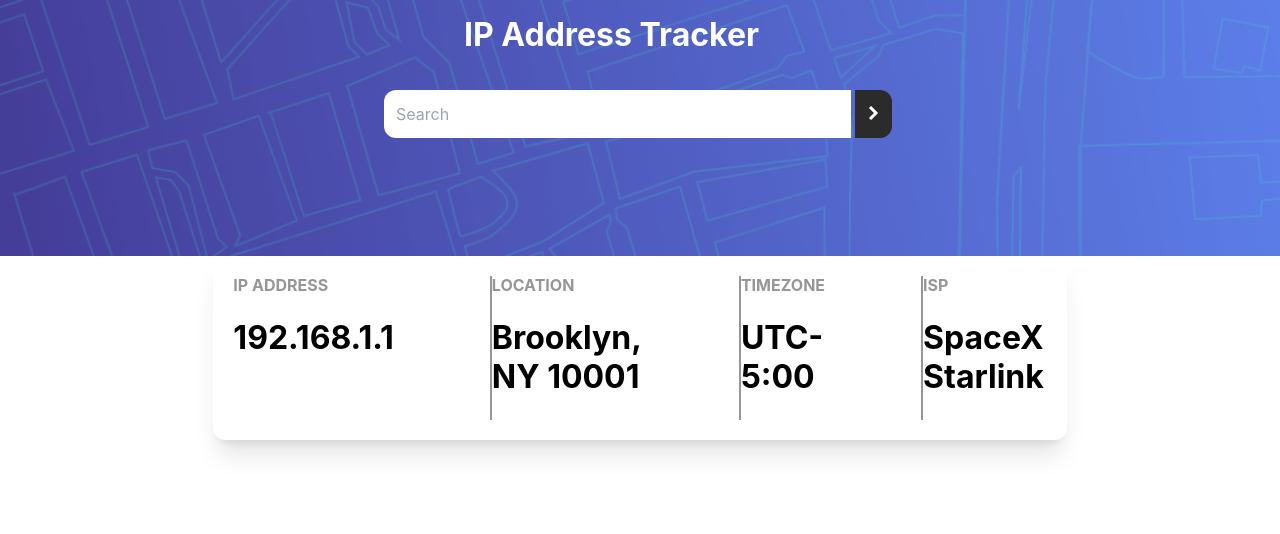
Repository: Dealsy/IP-Tracker
Page: /
An editor plug-in stored every save of this project. The page is shown before and after a run of saves, followed by the edit.
The browser window is 1280 px wide. The pictures show the whole page.
The project was rebuilt for these pictures with package versions that can differ from the ones it lists, and the page was loaded fresh each time. The framework's server and built-in components were replaced by stand-ins that run in the browser. Also part of the build but not shown: next.config.js.

Above is the page before, as saved 2022-04-21 22:33:15.

### pages/index.js
import Head from "next/head";
import Arrow from "../images/icon-arrow.svg";
import Image from "next/image";

export default function Home() {
  return (
    <div>
      <Head>
        <title>Create Next App</title>
        <meta name="description" content="Generated by create next app" />
        <link rel="icon" href="/favicon.ico" />
      </Head>

      <main>
        <div className="bg-Backdrop h-64 bg-no-repeat	 bg-cover">
          <h2 className="text-white w-96 m-auto p-4">IP Address Tracker</h2>
          <div className="w-120 m-auto">
            <div className="flex flex-row items-baseline">
              <input
                className="p-3 w-300 mt-5 rounded-l-xl"
                type="search"
                placeholder="Search"
              />
              <button className="bg-Dark-Gray p-3  rounded-r-xl hover:bg-hoverGray m-1 w-14">
                {" "}
                <Image src={Arrow} alt="Arrow" />{" "}
              </button>
            </div>
          </div>
        </div>

        <div className="flex flex-row justify-evenly border-0 shadow-xl w-4/6 m-auto rounded-xl p-5">
          <div className=" border-r-2 border-Gray pr-24">
            <h3>IP ADDRESS</h3>
            <h2> 192.168.1.1 </h2>
          </div>
          <div className=" border-r-2 border-Gray pr-24">
            <h3> LOCATION </h3>
            <h2> Brooklyn, NY 10001 </h2>
          </div>
          <div className=" border-r-2 border-Gray pr-24">
            <h3>TIMEZONE</h3>
            <h2> UTC-5:00 </h2>
          </div>
          <div>
            <h3>ISP</h3>
            <h2>SpaceX Starlink</h2>
          </div>
        </div>
      </main>

      <footer></footer>
    </div>
  );
}

### styles/globals.css
@tailwind base;
@tailwind components;
@tailwind utilities;


h1 {
  font-size: 2.5rem;
  font-weight: 700;
  line-height: 1.2;
  margin-bottom: 1.5rem;
}

h2 {
  font-size: 2rem;
  font-weight: 700;
  line-height: 1.2;
  margin-bottom: 1.5rem;
}

h3 {
  font-size: 1rem;
  font-weight: 700;
  line-height: 1.2;
  margin-bottom: 1.5rem;
  color: #969696;
}


html,
body {
  padding: 0;
  margin: 0;
  font-family: -apple-system, BlinkMacSystemFont, Segoe UI, Roboto, Oxygen,
    Ubuntu, Cantarell, Fira Sans, Droid Sans, Helvetica Neue, sans-serif;
}

a {
  color: inherit;
  text-decoration: none;
}

* {
  box-sizing: border-box;
}

### tailwind.config.js
module.exports = {
  content: [
    "./pages/**/*.{js,ts,jsx,tsx}",
    "./components/**/*.{js,ts,jsx,tsx}",
  ],
  theme: {
    extend: {
      colors: {
        "Dark-Gray": "#2b2b2b",
        Gray: "#969696",
        hoverGray: "#3f3f3f",
      },
      backgroundImage: {
        Backdrop: "url('../images/pattern-bg.png')",
      },
      width: {
        100: "28rem",
        105: "29rem",
        110: "30rem",
        115: "31rem",
        120: "32rem",
        125: "33rem",
        130: "34rem",
        135: "35rem",
        140: "36rem",
        145: "37rem",
        150: "38rem",
        155: "39rem",
        160: "40rem",
        165: "41rem",
        170: "42rem",
        175: "43rem",
        180: "44rem",
        185: "45rem",
        300: "72rem",
      },
    },
  },
  plugins: [],
};

Loaded but not shown: pages/_app.js (common file)

After the next 2 saves:
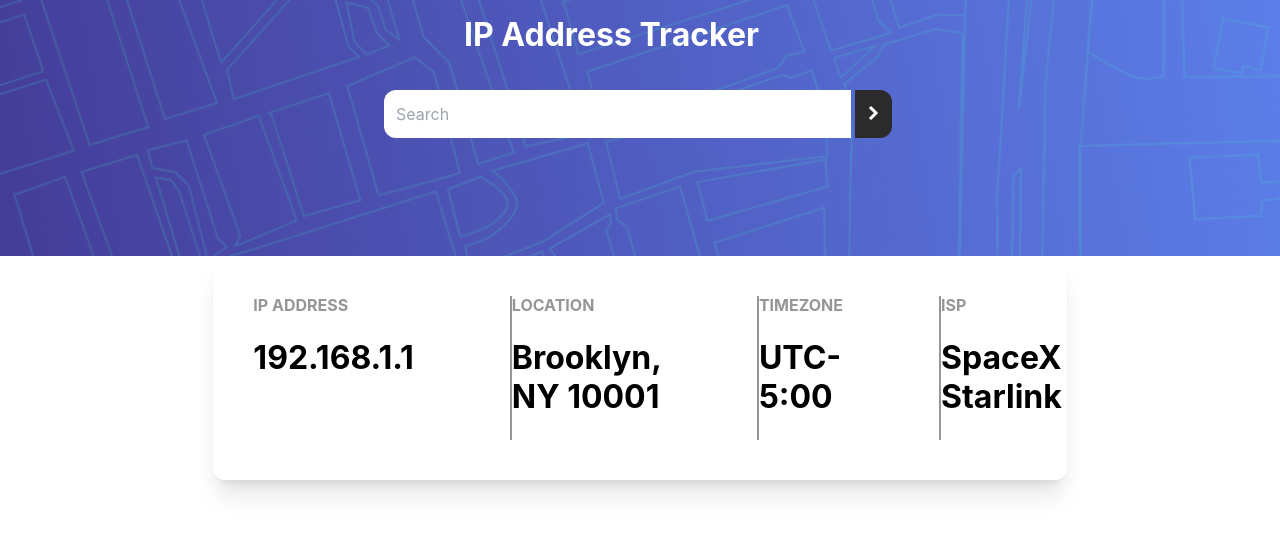
The 2 saves are shown as one change because they came seconds apart.
The last was saved 45 s later.
--- a/pages/index.js
+++ b/pages/index.js
@@ -29,7 +29,7 @@ export default function Home() {
           </div>
         </div>
 
-        <div className="flex flex-row justify-evenly border-0 shadow-xl w-4/6 m-auto rounded-xl p-5">
+        <div className="flex flex-row justify-evenly border-0 shadow-xl w-4/6 m-auto rounded-xl p-10">
           <div className=" border-r-2 border-Gray pr-24">
             <h3>IP ADDRESS</h3>
             <h2> 192.168.1.1 </h2>
